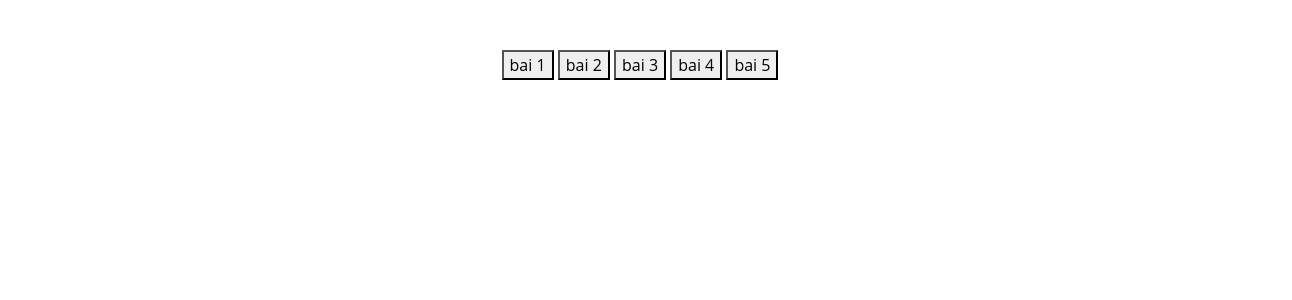
Repository: thanhp6868/ltWeb
Page: 1110/2/full.html
The author's editor kept a copy of each file at every save. The page is drawn from the files as they stood at one save, then again after the next save.
The browser window is 1280 px wide. The page is 1280 px wide, then 1292 px, so the pictures cover 1292 px, including what lies to the right of the window. The pictures show the whole page.

Above is the page before, as saved 2023-10-11 16:08:48.

After the next save:
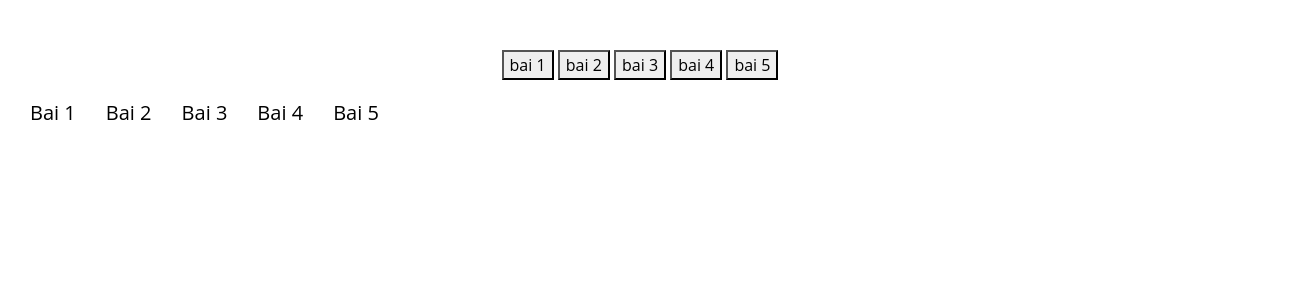
Saved 22 min 6 s later.
--- a/1110/2/full.html
+++ b/1110/2/full.html
@@ -23,7 +23,7 @@
  </center>
     <div class="row">
 
-        <!-- <header id="header">
+        <header id="header">
             <div class="">
 
                 <nav id="navbar" class="navbar">
@@ -37,7 +37,7 @@
                     </ul>
                 </nav>
 
-            </div> -->
+            </div>
 
 
 </body>
